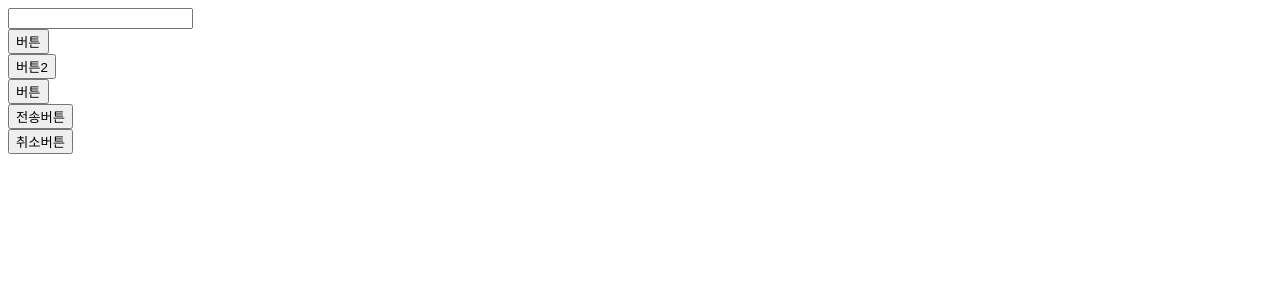
Repository: zmfhd1/Web
Page: jstest/WebContent/event1.html
These files come from the project's save history. The page is drawn as it stood at one moment and after the next save; the edit follows.
The browser window is 1280 px wide. The pictures show the whole page.

Above is the page before, as saved 2021-08-24 08:37:26.

After the next save:
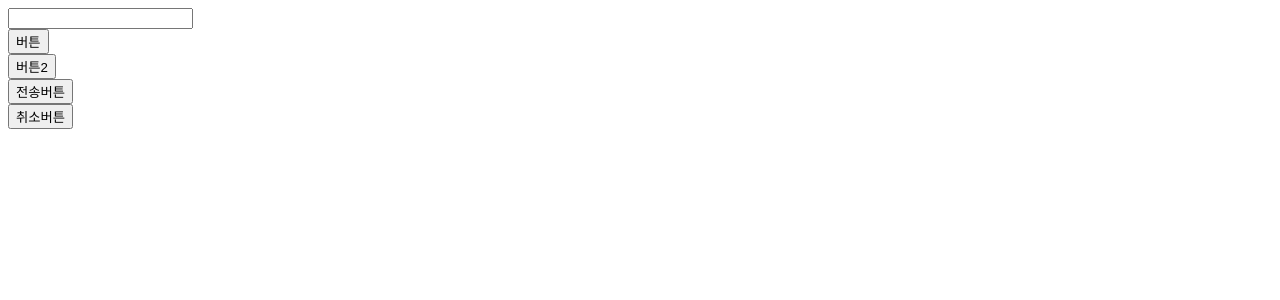
Saved 33 s later.
--- a/jstest/WebContent/event1.html
+++ b/jstest/WebContent/event1.html
@@ -32,7 +32,6 @@ window.onload = function(){
 <input type = text><br>
 <input type = 'button' value = "버튼" onclick = "f1()"><br>
 <input id = "btn2" type = 'button' value = "버튼2"><br>
-<input type = 'button' value = "버튼" onclick = "f1()"><br>
 <input type = 'submit' value = "전송버튼" ><br>
 <input type = 'submit' value = "취소버튼" ><br>
 
